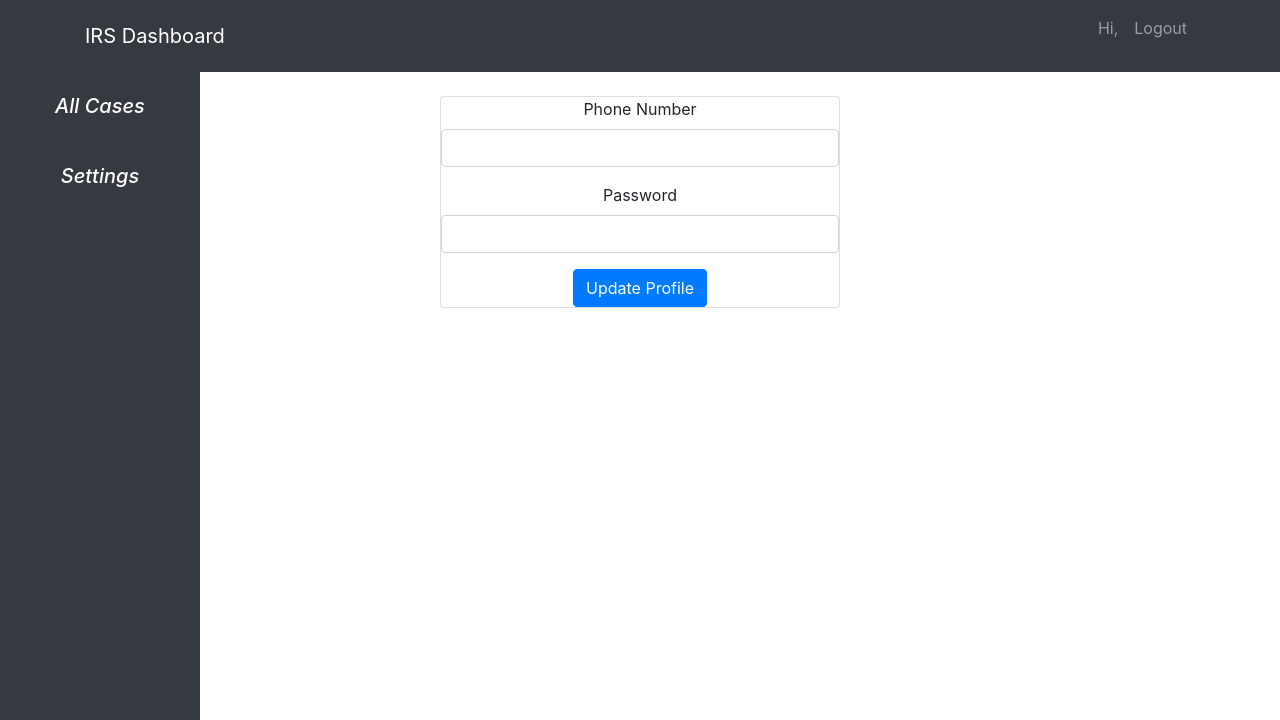
Repository: greeshmavyas/IRS_CS
Page: /updateProfile (app in AgentManagement/Frontend/)
These files come from the project's save history. The page is drawn as it stood at one moment and after the next save; the edit follows.
The browser window is 1280 px wide. The pictures show the whole page.
The page's requests for data from a server got no answer. Some web libraries are served in a nearby version. The project was rebuilt for these pictures with package versions that can differ from the ones it lists, and the page was loaded fresh each time. No one was signed in, and anything a server would have sent is missing. Also part of the build but not shown: AgentManagement/Frontend/src/components/NavbarLogin.js, AgentManagement/Frontend/src/components/login.js, AgentManagement/Frontend/src/components/Dashboard.js, AgentManagement/frontend/src/App.css.

Above is the page before, as saved 2020-11-05 21:29:35.

After the next save:
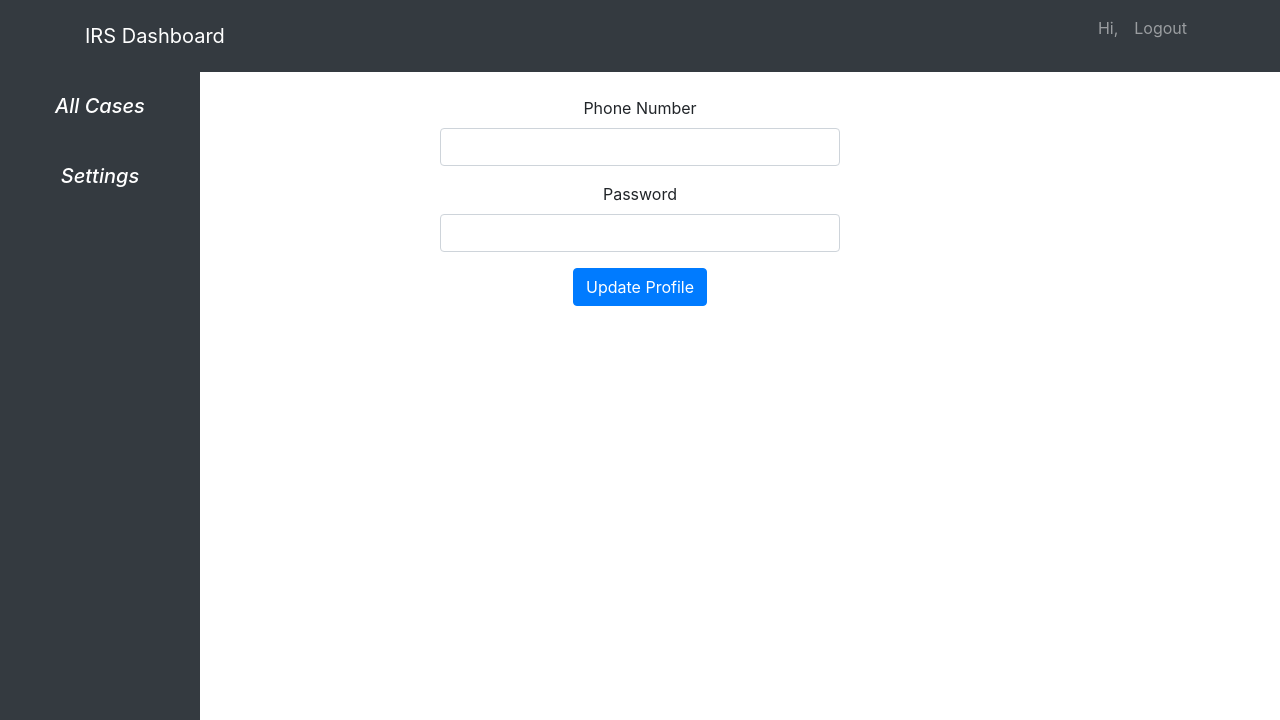
Saved 72 s later.
--- a/AgentManagement/Frontend/src/components/updateProfile.js
+++ b/AgentManagement/Frontend/src/components/updateProfile.js
@@ -95,7 +95,7 @@ this.setState({
         <Sidebar />
         <NavbarDash />
         <center>
-        <Card style={{ width: '25rem' }}>
+        <div style={{ width: '25rem' }}>
         <Form onSubmit={this.updateProfile}>
                     <Form.Group controlId="formBasicPhone">
                         <Form.Label>Phone Number</Form.Label>
@@ -111,7 +111,7 @@ this.setState({
                         Update Profile
                      </Button>
                 </Form>
-                </Card>
+                </div>
                 </center>
       </div>
     )
